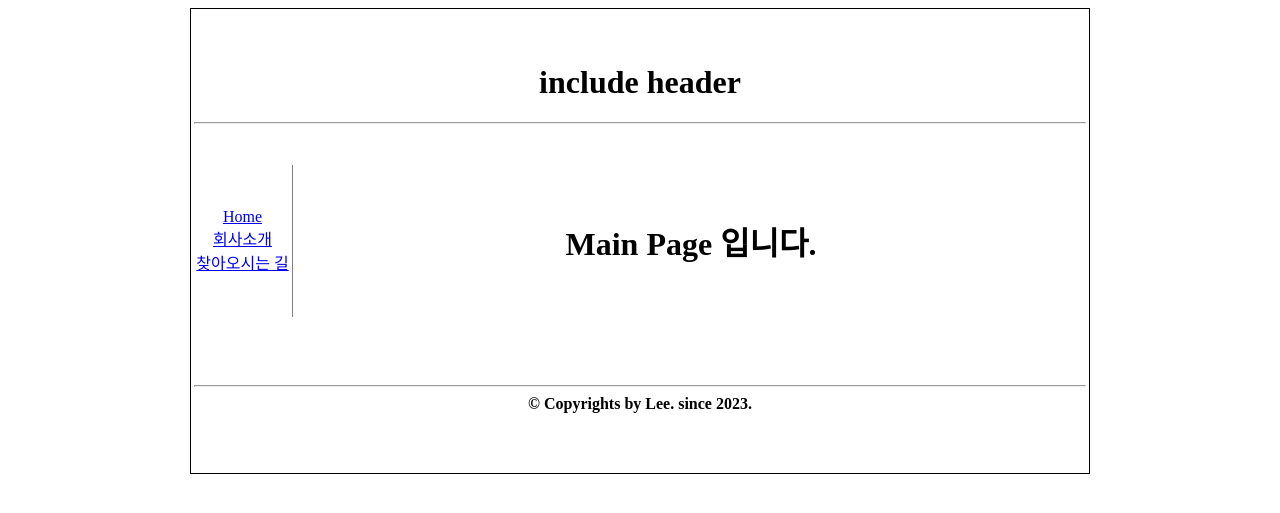
Repository: gh-56/jsp_workspace_al
Page: http://localhost/12_template_page/
These files come from the project's save history. The page is drawn as it stood at one moment and after the next save; the edit follows.
The browser window is 1280 px wide. The pictures show the whole page.
The page is served by Tomcat 9.

Above is the page before, as saved 2023-10-18 02:20:48.

After the next save:
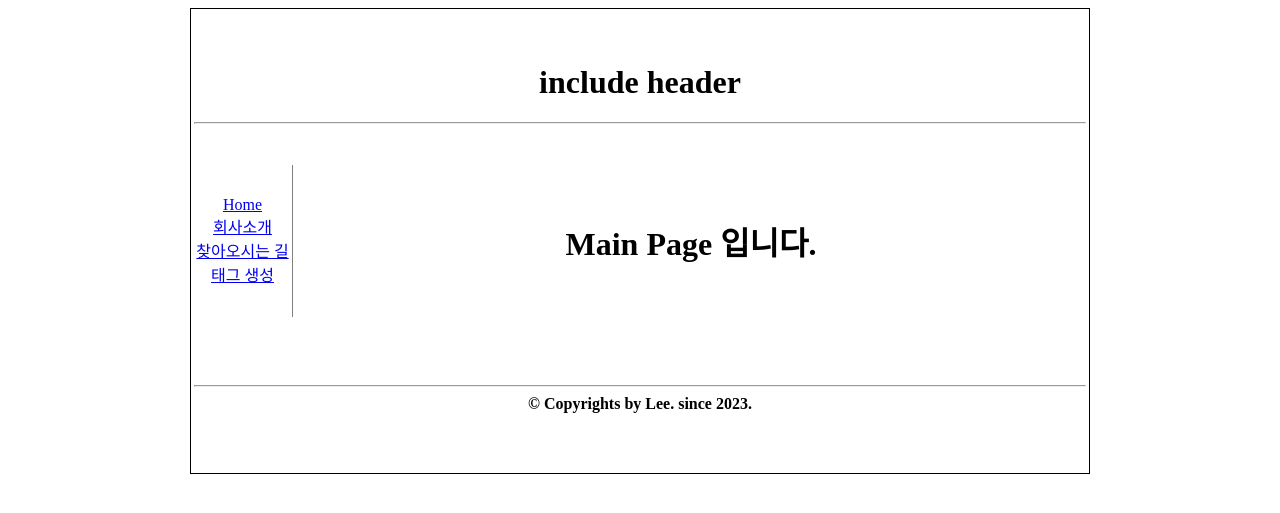
Saved 2 min 53 s later.
--- a/12_template_page/src/main/webapp/aside.jsp
+++ b/12_template_page/src/main/webapp/aside.jsp
@@ -12,5 +12,8 @@
 		<li>
 			<a href="index.jsp?page=map">찾아오시는 길</a>
 		</li>
+		<li>
+			<a href="index.jsp?page=xml">태그 생성</a>
+		</li>
 	</ul>
 </aside>
